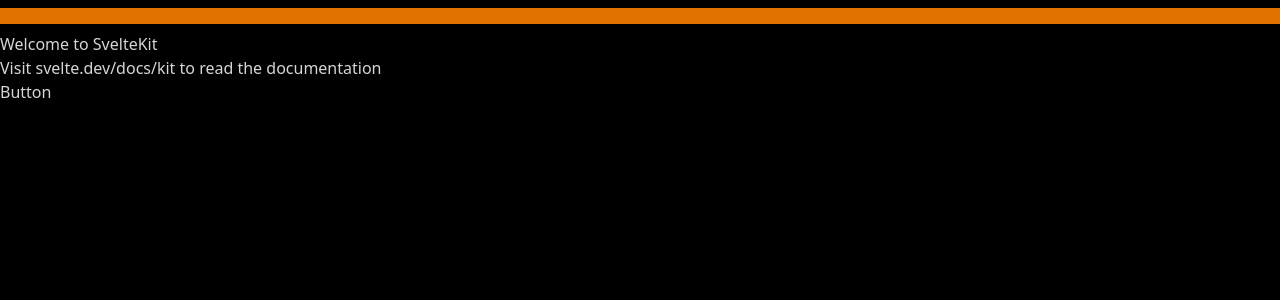
Repository: eyassud/notenow
Page: /
The author's editor kept a copy of each file at every save. The page is drawn from the files as they stood at one save, then again after a run of saves.
The browser window is 1280 px wide. The pictures show the whole page.
The project was rebuilt for these pictures with package versions that can differ from the ones it lists, and the page was loaded fresh each time. The framework's server and built-in components were replaced by stand-ins that run in the browser. Also part of the build but not shown: svelte.config.js, vite.config.ts.

Above is the page before, as saved 2025-12-11 12:23:38.

### src/routes/+layout.svelte
<script lang="ts">
	import './layout.css';
	import favicon from '$lib/assets/favicon.svg';

	let { children } = $props();
</script>

<svelte:head>
	<link rel="icon" href={favicon} />
</svelte:head>

<nav class="my-2 bg-amber-600 p-2"></nav>
{@render children()}

### src/routes/(marketing)/+page.svelte
<script>
	import Button from '$components/button.svelte';
</script>

<h1>Welcome to SvelteKit</h1>
<p>Visit <a href="https://svelte.dev/docs/kit">svelte.dev/docs/kit</a> to read the documentation</p>

<Button />

### src/routes/layout.css
@import 'tailwindcss';
@plugin '@tailwindcss/forms';
@plugin '@tailwindcss/typography';
@plugin 'daisyui';

@plugin 'daisyui' {
	themes:
		light --preferswhite,
		black --default;
}

Loaded but not shown: src/app.html (common file); src/lib/components/button.svelte (common file)

After the next 3 saves:
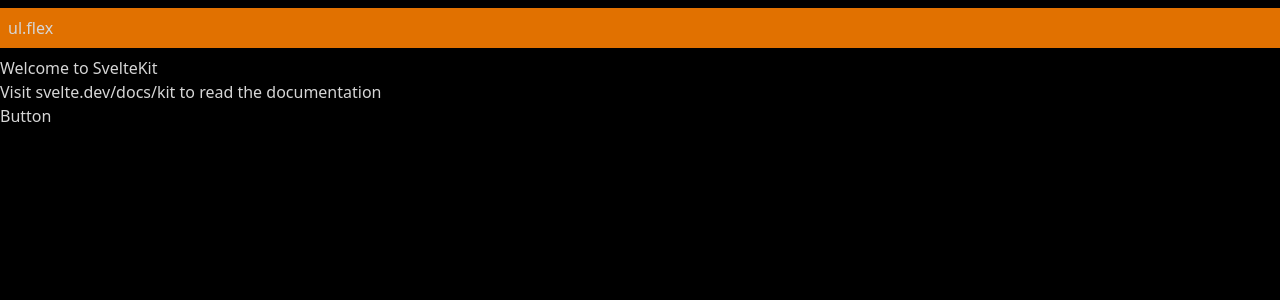
The 3 saves are shown as one change because they came seconds apart.
The last was saved 9 s later.
--- a/src/routes/+layout.svelte
+++ b/src/routes/+layout.svelte
@@ -9,5 +9,7 @@
 	<link rel="icon" href={favicon} />
 </svelte:head>
 
-<nav class="my-2 bg-amber-600 p-2"></nav>
+<nav class="my-2 bg-amber-600 p-2">
+	ul.flex
+</nav>
 {@render children()}

After the 2 saves that followed:
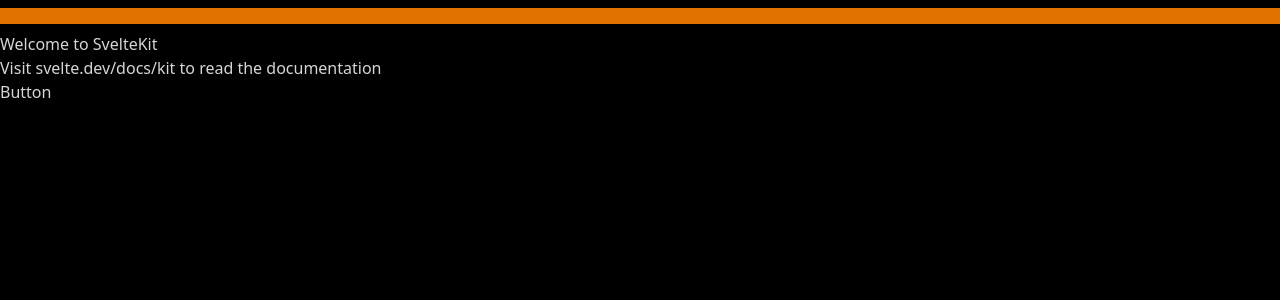
The 2 saves are shown as one change because they came seconds apart.
The last was saved 6 s later.
--- a/src/routes/+layout.svelte
+++ b/src/routes/+layout.svelte
@@ -10,6 +10,6 @@
 </svelte:head>
 
 <nav class="my-2 bg-amber-600 p-2">
-	ul.flex
+	<ul class="flex gap-2"></ul>
 </nav>
 {@render children()}
